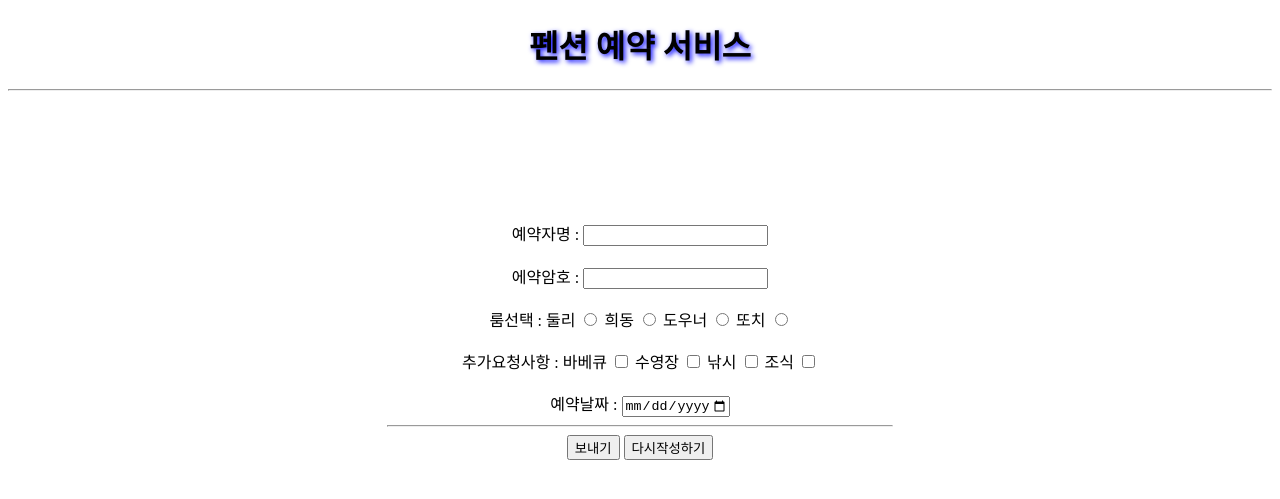
Repository: jhsnex123/web_study
Page: edu/src/main/webapp/cssexam/csslab3.html
An editor plug-in stored every save of this project. The page is shown before and after the next save, followed by the edit.
The browser window is 1280 px wide. The pictures show the whole page.

Above is the page before, as saved 2024-09-19 02:38:33.

### edu/src/main/webapp/cssexam/csslab3.html
<!DOCTYPE html>
<html>
<head>
<meta charset="UTF-8">
<title>Insert title here</title>
<style>
@font-face {
    font-family: 'establishRoomNo703OTF';
    src: url('https://fastly.jsdelivr.net/gh/projectnoonnu/noonfonts_2112@1.0/establishRoomNo703OTF.woff') format('woff');
    font-weight: normal;
    font-style: normal;
}
h1{
text-align : center;
text-shadow : 2px 2px 5px blue;
}

div{
		width : 40%;
		height : 10px;
		margin : 20px auto;
		padding-top : 110px;
		padding-bottom : 90px;
		text-align : center;
		margin-right: auto;
	    margin-left: auto;


}


</style>
</head>
<body>
<h1>펜션 예약 서비스</h1>
<hr>
<div>
<form action="html실습내용리뷰3url" method="get">
예약자명 : <input type="text" name="stname" required><br>
<br>
에약암호 : <input type="password" name="stpwd" required><br>
<br>
룸선택 :
둘리 <input type="radio"  name="gender" value="male">
희동 <input type="radio"  name="gender" value="female">
도우너 <input type="radio"  name="gender" value="male">
또치 <input type="radio"  name="gender" value="male"><br>
<br>
추가요청사항 :
바베큐 <input type="checkbox"  name="stbbq" value="f1">
수영장 <input type="checkbox"  name="stpool" value="f2">
낚시 <input type="checkbox"  name="stfishing" value="f3">
조식 <input type="checkbox"  name="stbreakfast" value="f4"><br>
<br>
예약날짜 :
<input id=date_of_reservation name=date_of_reservation type=date min="년-09-13" max="2024-12-31">
<hr>
<input type="submit" value="보내기">
<input type="reset" value="다시작성하기">
</form>
</div>
</body>
</html>

After the next save:
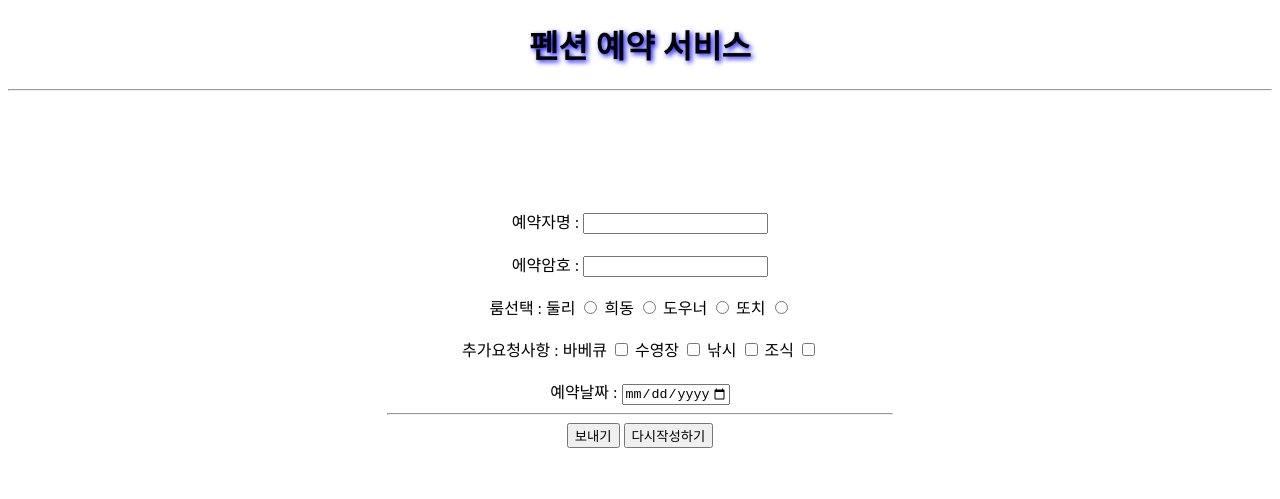
Saved 19 s later.
--- a/edu/src/main/webapp/cssexam/csslab3.html
+++ b/edu/src/main/webapp/cssexam/csslab3.html
@@ -18,7 +18,7 @@ text-shadow : 2px 2px 5px blue;
 div{
 		width : 40%;
 		height : 10px;
-		margin : 20px auto;
+
 		padding-top : 110px;
 		padding-bottom : 90px;
 		text-align : center;
